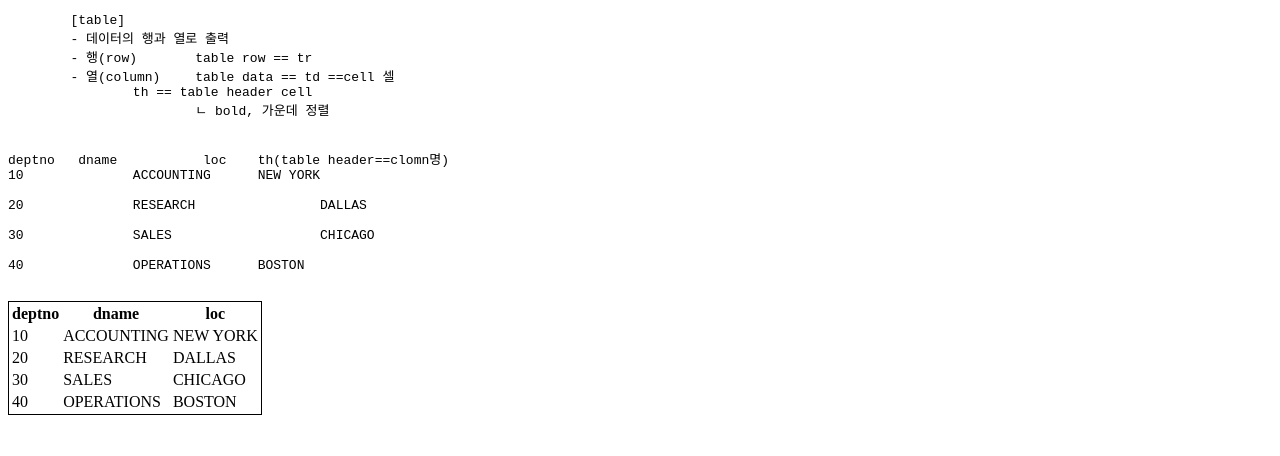
Repository: donggri1/WORKSPACE
Page: WebClass/webPro/src/main/webapp/html/days03/ex07.html
These files come from the project's save history. The page is drawn as it stood at one moment and after the next save; the edit follows.
The browser window is 1280 px wide. The pictures show the whole page.

Above is the page before, as saved 2024-03-26 03:31:58.

### WebClass/webPro/src/main/webapp/html/days03/ex07.html
<!DOCTYPE html>
<html>
<head>
<meta charset="UTF-8">
<title>Insert title here</title>
<link rel="shortcut icon" type="image/x-icon" href="http://localhost/webPro/images/SiSt.ico">
<style>
	table{
		border: solid 1px black;

	}
</style>
</head>
<body>
<pre>
	[table]
	- 데이터의 행과 열로 출력
	- 행(row)	table row == tr
	- 열(column)	table data == td ==cell 셀
		th == table header cell
			ㄴ bold, 가운데 정렬


deptno   dname           loc	th(table header==clomn명)
10		ACCOUNTING   	NEW YORK<br>
20		RESEARCH   		DALLAS<br>
30 		SALES   		CHICAGO<br>
40		OPERATIONS  	BOSTON<br>
</pre>


<table >
 <tr>
  <th >deptno</th>
  <th >dname</th>
  <th >loc</th>
 </tr>

 <tr>
 	<td>10</td>
 	<td>ACCOUNTING</td>
 	<td>NEW YORK</td>
 </tr>
  <tr>
 	<td>20</td>
 	<td>RESEARCH</td>
 	<td>DALLAS</td>
 </tr>
  <tr>
 	<td>30</td>
 	<td>SALES</td>
 	<td>CHICAGO</td>
 </tr>
  <tr>
 	<td>40</td>
 	<td>OPERATIONS</td>
 	<td>BOSTON</td>
 </tr>
</table>


<!-- <table border="2" width=""> -->
<!-- <table border="2" style="width:100%">
 <tr>
  <th width="20%">deptno</th>
  <th width="50%">dname</th>
  <th width="30%">loc</th>
 </tr>

 <tr>
 	<td>10</td>
 	<td>ACCOUNTING</td>
 	<td>NEW YORK</td>
 </tr>
  <tr>
 	<td>20</td>
 	<td>RESEARCH</td>
 	<td>DALLAS</td>
 </tr>
  <tr>
 	<td>30</td>
 	<td>SALES</td>
 	<td>CHICAGO</td>
 </tr>
  <tr>
 	<td>40</td>
 	<td>OPERATIONS</td>
 	<td>BOSTON</td>
 </tr>
</table> -->





</body>
</html>

After the next save:
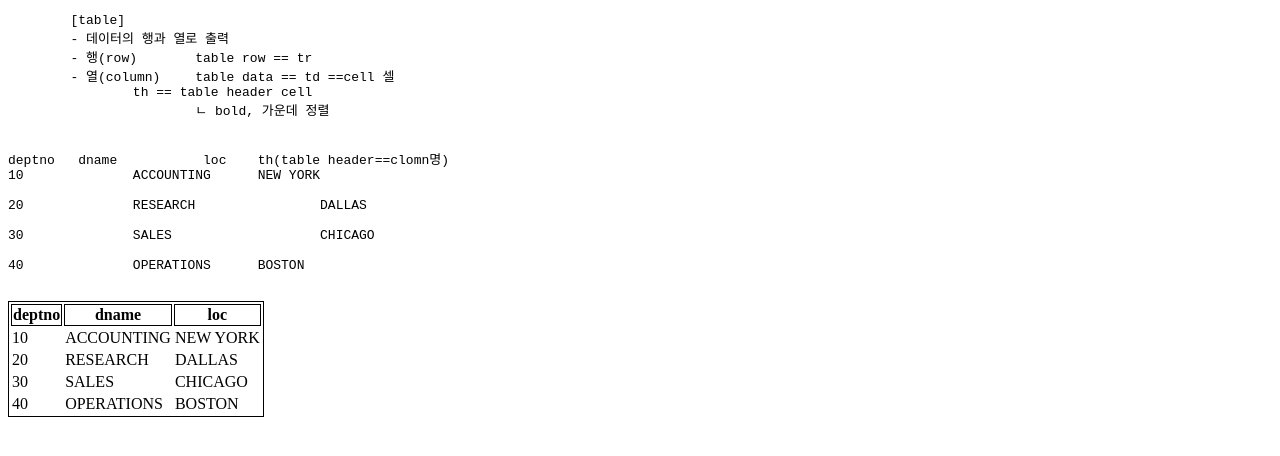
Saved 16 s later.
--- a/WebClass/webPro/src/main/webapp/html/days03/ex07.html
+++ b/WebClass/webPro/src/main/webapp/html/days03/ex07.html
@@ -5,7 +5,7 @@
 <title>Insert title here</title>
 <link rel="shortcut icon" type="image/x-icon" href="http://localhost/webPro/images/SiSt.ico">
 <style>
-	table{
+	table, th{
 		border: solid 1px black;
 
 	}
